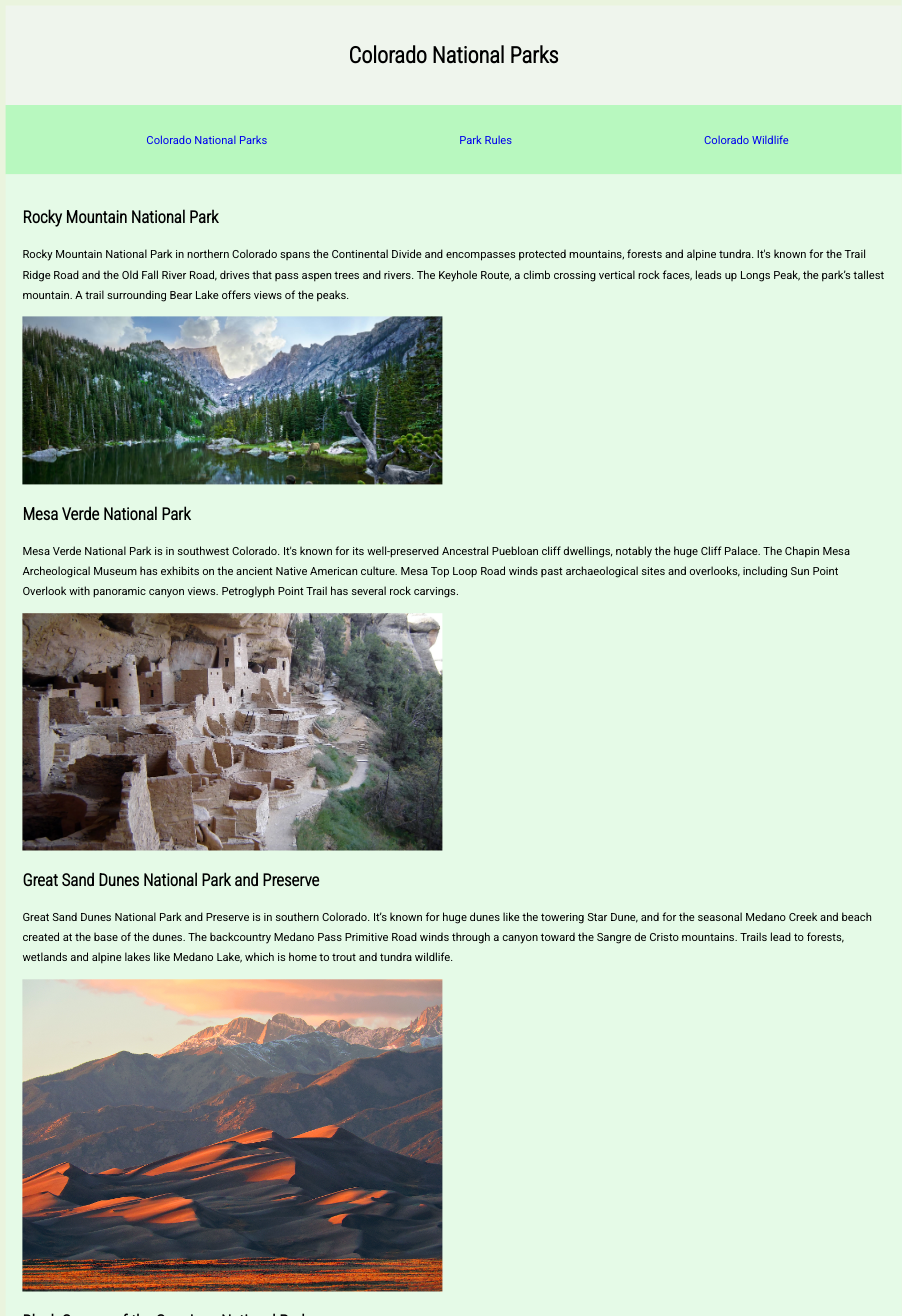
Repository: ethan-schrauf/UniversalDesignWebsite
Page: lab4.html
These files come from the project's save history. The page is drawn as it stood at one moment and after the next save; the edit follows.
The browser window is 1280 px wide. The page is 1288 px wide, then 1280 px, then 1288 px, so the pictures cover 1288 px, including what lies to the right of the window. The pictures show the part of the page from y = 0 to 1880 px (the page is 5190 px tall before and 5306 px after), at 70% of full size.

Above is the page before, as saved 2023-10-30 17:38:52.

### lab4.html

<!DOCTYPE html>

<html lang="en">
<head>
  <meta charset="UTF-8">
  <meta name="viewport" content="width=device-width, initial-scale=1.0">
  <meta http-equiv="X-UA-Compatible" content="ie=edge">
  <title>Accessible grid</title>
  <link href="lab4.css" rel="stylesheet">
</head>
<body>
<div class="container">
  <header>
    <h1>Colorado National Parks</h1>
  </header>
  <nav>
    <h2 class="sr-only">Main Navigation</h2>
    <ul>
      <li><a href="#Colorado-National-Parks">Colorado National Parks</a></li>
      <li><a href="#Park-Rules">Park Rules</a></li>
      <li><a href="#Colorado-Wildlife">Colorado Wildlife</a></li>
    </ul>
  </nav>
  <main>
    <section>
      <h2 id="Colorado-National-Parks">Rocky Mountain National Park</h2>
      <p>Rocky Mountain National Park in northern Colorado spans the Continental Divide and encompasses protected mountains, forests and alpine tundra. It's known for the Trail Ridge Road and the Old Fall River Road, drives that pass aspen trees and rivers. The Keyhole Route, a climb crossing vertical rock faces, leads up Longs Peak, the park’s tallest mountain. A trail surrounding Bear Lake offers views of the peaks.</p>
      <img src="images/rocky-mountain.jpeg" alt="Rocky Mountain National Park view from a lake with a large mountain behind it"  style="width: 600px; height: auto;">
      <h2>Mesa Verde National Park</h2>
      <p>Mesa Verde National Park is in southwest Colorado. It's known for its well-preserved Ancestral Puebloan cliff dwellings, notably the huge Cliff Palace. The Chapin Mesa Archeological Museum has exhibits on the ancient Native American culture. Mesa Top Loop Road winds past archaeological sites and overlooks, including Sun Point Overlook with panoramic canyon views. Petroglyph Point Trail has several rock carvings.</p>
      <img src="images/mesa-verde-national-park.jpeg" alt="Mesa Verde National Park Cave Dwellings"  style="width: 600px; height: auto;">
      <h2>Great Sand Dunes National Park and Preserve</h2>
      <p>Great Sand Dunes National Park and Preserve is in southern Colorado. It’s known for huge dunes like the towering Star Dune, and for the seasonal Medano Creek and beach created at the base of the dunes. The backcountry Medano Pass Primitive Road winds through a canyon toward the Sangre de Cristo mountains. Trails lead to forests, wetlands and alpine lakes like Medano Lake, which is home to trout and tundra wildlife.</p>
      <img src="images/great-sand-dunes-national-park.jpeg" alt="Great Sand Dunes National Park with collegiant peaks towering aboe" style="width: 600px; height: auto;">
      <h2>Black Canyon of the Gunnison National Park</h2>
      <p>Black Canyon of the Gunnison National Park is in western Colorado. It surrounds part of a deep, steep-walled gorge carved through Precambrian rock by the Gunnison River. Roads and trails along the north and south rims have views of the Black Canyon's dramatic drops and the striated Painted Wall cliff. The winding East Portal Road descends to the river. Wildlife includes mule deer, elk and golden eagles.</p>
      <img src="images/black-canyon-of-the-gunnison-national-park.jpeg" alt="Black Canyon of The Gunnison National Park" style="width: 600px; height: auto;">
      <h2>Lost Creek Wilderness</h2>
      <p>The Lost Creek Wilderness is a 119,790-acre wilderness area located in central Colorado in Jefferson and Park counties, south of the town of Bailey. The area is situated entirely within the boundaries of the Pike National Forest.</p>
      <img src="images/Lost-Creek-Wilderness-National-Park.jpeg" alt="Mountainside in Lost Creek Wilderness National Park" style="width: 600px; height: auto;">
      <h2>Black Ridge Canyons Wilderness (Colorado)</h2>
      <p>The Black Ridge Canyons Wilderness is located in western Colorado with a small portion extending into eastern Utah, USA, within the arid Colorado Plateau region approximately 15 miles west of Grand Junction, Colorado. The wilderness lies on the northwest flank of the Uncompahgre Plateau.</p>
      <img src="images/black-ridge-canyon-wilderness-national-park.jpeg" alt="Rock arch in Black Ridge Canyon Wilderness National Park" style="width: 600px; height: auto;">
    </section>
  </main>
  <aside id="Park-Rules">
    <h2>Park Rules</h2>
    <p>➼ Pets are prohibited on ALL Rocky Mountain National Park trails, tundra, and meadows.</p>
    <p>➼ Camping in the park is subject to a fee and is restricted to designated campgrounds or in the wilderness with an overnight wilderness permit. Permits are available at park Wilderness Permit and Information Offices. Campfires are only allowed in certain areas where metal fire rings are provided.</p>
    <p>➼ Bicycles are permitted on all roads that are open to motor vehicles, both paved and dirt, unless otherwise posted. There are no designated bicycle lanes along roads. Riding off roads or on trails is prohibited except for a two-mile segment of the East Shore Trail near Grand Lake.Cyclists must comply with all traffic laws and signs, including speed limits.In Rocky Mountain National Park, federal law requires that cyclists ride single file at all times; riding abreast is prohibited.A Special Use Permit is required for groups that exceed 25 riders.</p>
    <p>➼ Vehicles, including bicycles, are restricted to designated roads that are open for travel. Use on trails or off road is prohibited.</p>
    <p>➼ Fishing in the park requires a Colorado fishing license for persons 16 years or older. Persons 12 years old or younger may use bait in waters open to fishing, except in designated catch and release areas. Inquire with a ranger or check the Fishing page for additional information on fishing regulations including catch and release waters for native trout, closures and restrictions, method of take, etc.</p>
    <p>➼ It is the responsibility of visitors to understand and comply with all applicable state, local, and federal firearm laws before entering the park. Open carry of handguns and rifles, and transport of the same in vehicles, is permitted. Concealed carry is allowed pursuant to a legal Colorado concealed carry permit and applicable state reciprocity laws. Federal law prohibits firearms in certain facilities (visitor centers, ranger stations, government offices); places that are marked with signs at all public entrances. Recreational target shooting or discharge of a firearm is not allowed. Firearms should not be considered a wildlife protection strategy. Bear spray and other safety precautions are the proven methods for preventing bear and other wildlife interactions. Possessing or carrying a weapon (bow and arrow, crossbow, sling shot, gas or air propelled gun, etc.) is prohibited. Check with the State of Colorado for specific gun laws.</p>
  </aside>
  <aside id="Colorado-Wildlife">
    <h2>Colorado Wildlife</h2>
    <p>Colorado is home to several native wildlife species that make this state’s natural beauty what it is. It’s also home to plenty of lesser-known, but equally fascinating animals that live in Colorado. Knowing where and what to look for is important in spotting your favorite wildlife. Come to a national park today and experience the mesmorizing beauty of Colorado's wildlife.</p>
    <h2>➼ American Bison</h2>
    <p>The American Bison are large mammals that can reach up to 6.5 feet tall and weigh up to 2,200 pounds. They travel in herds and have an average life span of 20 years. When needed, a bison can run at speeds of up to 40 miles an hour. At one point in time, there were 60 million bison that roamed the plains of North America, but due to overhunting, the bison nearly became extinct.</p>
    <img src="images/colorado-bison.jpeg" alt="American bison" style="width: 400px; height: auto;">
    <h2>➼ Bighorn Sheep</h2>
    <p>According to the Colorado Encyclopedia, The Rocky Mountain bighorn sheep is one of four native sheep species that live in North America, with the only one residing in Colorado. A sight for sore eyes, the bighorn sheep are larger animals weighing anywhere from 100 to 300 pounds. The distinctive males, or rather the rams, have large curled horns that are used for defense and foraging.</p>
    <img src="images/colorado-bighorn-sheep.jpeg" alt="Bighorn sheep on a mountaintop" style="width: 400px; height: auto;">
    <h2>➼ Black Bears</h2>
    <p>Technically “black” is not a species and not the only color of Colorado’s black bear. In Colorado, plenty of black bears are light blonde, brown, or cinnamon-colored. Living 20 – 25 years in the wild, they average three feet tall when standing up, with males reaching up to 275 pounds.</p>
    <img src="images/colorado-black-bear.jpeg" alt="Black bear in a meadow." style="width: 400px; height: auto;">

  </aside>
  <footer>
    <small> Designed by Ethan Schrauf</small>
  </footer>

</div> <!-- end container -->
</body>
</html>

### lab4.css
@import url('https://fonts.googleapis.com/css2?family=Roboto&display=swap');
@import url('https://fonts.googleapis.com/css2?family=Roboto&family=Roboto+Condensed:wght@300&display=swap');

body {
    background: rgb(234, 244, 222);
}

/* css reset */
::before,
::after {
    box-sizing: border-box;
    padding: 0;
    margin: 0;
}

h1,
h2,
h3 {
    padding: .2em 0;
}

p {
    margin: 1.0em 0;
    line-height: 1.8em;
}

header,
nav,
main,
aside,
footer {
    padding: 1.5em;
}

header,
footer {
    text-align: center;
}

.container {
    max-width: 1500px;
    margin: 0 auto;
    /* background: rgb(243, 251, 209); */
    display: grid;
    width: 100vw;
    height: 100vh;
    grid-template-columns:
     1fr       2fr;
    grid-template-areas:
    "heady     heady"
    "navvy     navvy"
    "Park-Rules    mainy"
    "Colorado-Wildlife    mainy"
    "footy     footy";

    /* "heady " */
  }

  header {grid-area: heady; background:rgb(239, 245, 237);}
nav {grid-area: navvy; background:rgb(184, 248, 191);}
main {grid-area: mainy; background: rgb(229, 250, 231); max-height: 100%;}
#Park-Rules {grid-area: Park-Rules; background: rgb(214, 245, 238);}
#Colorado-Wildlife {grid-area: Colorado-Wildlife; background: rgb(215, 242, 247);}
footer {grid-area: footy; background: rgb(235, 255, 205);}

nav ul {
    display: flex;
    flex-flow: row nowrap;
    justify-content: space-around;
    }

    nav ul li {
      list-style: none
    }

    @media screen
      and (min-width: 701px)
      and (max-width: 1300px)  {
    .container {
    grid-template-columns:
       1fr 1fr;
    grid-template-areas:
      "heady heady"
      "navvy navvy"
      "mainy mainy"
      "Park-Rules Colorado-Wildlife"
      "footy footy";
    }
    }

    @media screen
      and (max-width: 700px)  {
    .container {
    grid-template-columns:
       1fr;
    grid-template-areas:
      "heady"
      "mainy"
      "Park-Rules"
      "Colorado-Wildlife"
      "navvy"
      "footy";
    }
    nav ul {
      flex-flow: column nowrap;
      text-align: center;
    }
    nav ul li a {
      display: block;
      padding: 10px 5px;
      margin: 5px;
      background: white;

    }
    }

    p {
        font-family: 'Roboto', sans-serif;
    }

    h2,
    h1 {
        font-family: 'Roboto Condensed', sans-serif;
    }

    #park-image {
        width: 300px; /* Set the desired width in pixels */
        height: auto; /* Maintain the aspect ratio */
      }

      .sr-only {
        border: 0;
        clip: rect(0, 0, 0, 0);
        height: 1px;
        margin: -1px;
        overflow: hidden;
        padding: 0;
        position: absolute;
        white-space: nowrap;
        width: 1px;
      }

       a {
      text-decoration: none;
      font-family: 'Roboto', sans-serif;
    }

After the next save:
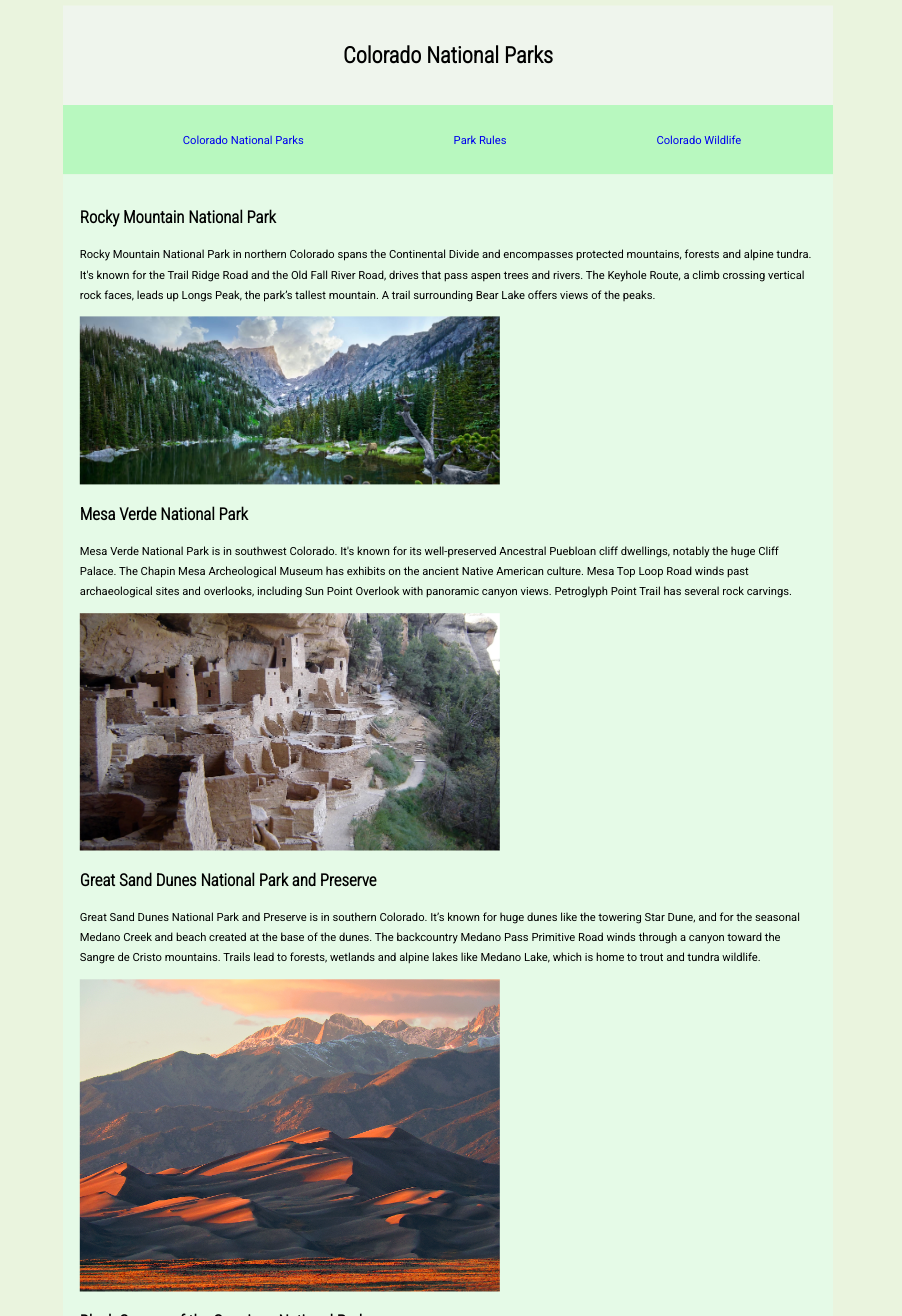
Saved 3 min 4 s later.
--- a/lab4.css
+++ b/lab4.css
@@ -38,7 +38,7 @@
 }
 
 .container {
-    max-width: 1500px;
+    max-width: 1100px;
     margin: 0 auto;
     /* background: rgb(243, 251, 209); */
     display: grid;

After the save that followed:
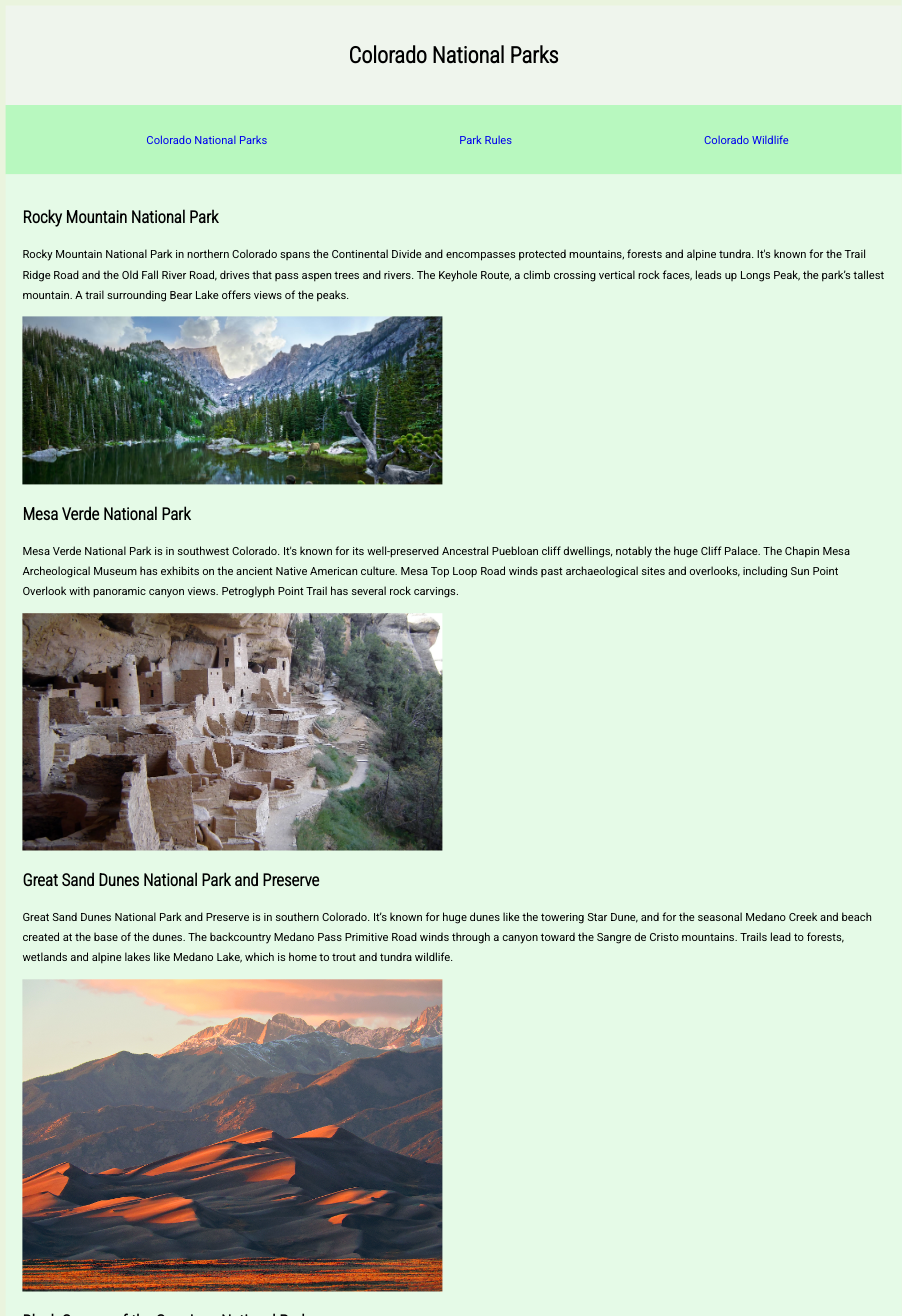
Saved 11 s later.
--- a/lab4.css
+++ b/lab4.css
@@ -38,7 +38,7 @@
 }
 
 .container {
-    max-width: 1100px;
+    max-width: 1500px;
     margin: 0 auto;
     /* background: rgb(243, 251, 209); */
     display: grid;
